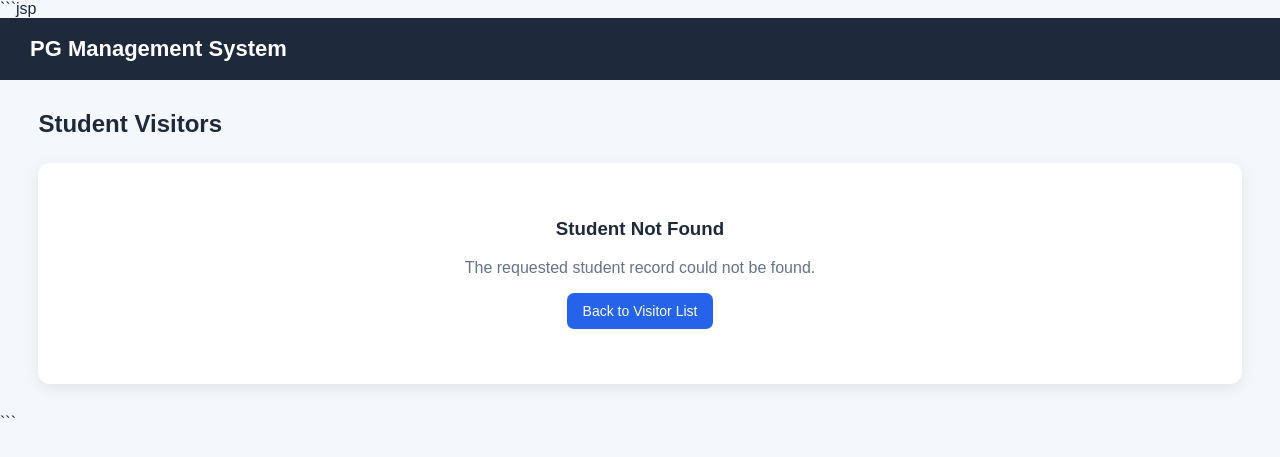
Repository: akshaylakhekar/student_pg_room_management_system
Page: http://localhost/PGManagementSystem/WEB-INF/views/visitor-student-list.jsp
The author's editor kept a copy of each file at every save. The page is drawn from the files as they stood at one save, then again after the next save.
The browser window is 1280 px wide. The pictures show the whole page.
The page is served by Tomcat 10. Nobody is signed in. Other server files are loaded and not shown. The template is opened directly, without the code that normally fills it, so the values that code supplies are empty.

Above is the page before, as saved 2026-09-18 05:10:26.

### PGManagementSystem/PGManagementSystem/src/main/webapp/WEB-INF/views/visitor-student-list.jsp
```jsp
<%@ page contentType="text/html;charset=UTF-8" %>

<%@ taglib prefix="c" uri="jakarta.tags.core" %>

<!DOCTYPE html>

<html>

<head>

    <meta charset="UTF-8">

    <title>Student Visitors</title>

    <style>

        * {
            box-sizing: border-box;
        }

        body {
            margin: 0;
            font-family: Arial, sans-serif;
            background: #f4f7fb;
            color: #1e293b;
        }

        .navbar {
            background: #1e293b;
            color: white;
            padding: 18px 30px;
        }

        .navbar h2 {
            margin: 0;
            font-size: 22px;
        }

        .container {
            width: 94%;
            max-width: 1300px;
            margin: 30px auto;
        }

        .page-title {
            margin-bottom: 25px;
        }

        .page-title h2 {
            margin: 0;
            color: #1e293b;
        }

        .card {
            background: white;
            padding: 25px;
            border-radius: 12px;
            box-shadow: 0 4px 15px rgba(0, 0, 0, 0.08);
            margin-bottom: 25px;
        }

        .card h3 {
            margin-top: 0;
            color: #1e293b;
        }

        .student-info {
            width: 100%;
            border-collapse: collapse;
        }

        .student-info th {
            width: 180px;
            background: #f1f5f9;
            color: #334155;
            text-align: left;
        }

        .student-info th,
        .student-info td {
            padding: 12px;
            border: 1px solid #e2e8f0;
        }

        .student-actions {
            margin-top: 20px;
        }

        .btn {
            display: inline-block;
            padding: 10px 16px;
            border: none;
            border-radius: 7px;
            text-decoration: none;
            font-size: 14px;
            cursor: pointer;
        }

        .btn-primary {
            background: #2563eb;
            color: white;
        }

        .btn-primary:hover {
            background: #1d4ed8;
        }

        .btn-success {
            background: #16a34a;
            color: white;
        }

        .btn-success:hover {
            background: #15803d;
        }

        .btn-warning {
            background: #f59e0b;
            color: white;
        }

        .btn-danger {
            background: #dc2626;
            color: white;
        }

        .btn-danger:hover {
            background: #b91c1c;
        }

        .btn-secondary {
            background: #64748b;
            color: white;
        }

        .btn-secondary:hover {
            background: #475569;
        }

        .total {
            margin: 20px 0;
            font-size: 15px;
        }

        .table-wrapper {
            width: 100%;
            overflow-x: auto;
        }

        table.visitor-table {
            width: 100%;
            border-collapse: collapse;
            min-width: 850px;
        }

        .visitor-table th {
            background: #1e293b;
            color: white;
            padding: 13px 10px;
            text-align: left;
        }

        .visitor-table td {
            padding: 12px 10px;
            border-bottom: 1px solid #e2e8f0;
            vertical-align: top;
        }

        .visitor-table tr:hover {
            background: #f8fafc;
        }

        .inside {
            display: inline-block;
            padding: 5px 10px;
            border-radius: 20px;
            background: #fef3c7;
            color: #92400e;
            font-size: 12px;
            font-weight: bold;
        }

        .exited {
            display: inline-block;
            padding: 5px 10px;
            border-radius: 20px;
            background: #dcfce7;
            color: #166534;
            font-size: 12px;
            font-weight: bold;
        }

        .actions {
            display: flex;
            gap: 6px;
            flex-wrap: wrap;
        }

        .actions .btn {
            padding: 7px 10px;
            font-size: 12px;
        }

        .empty {
            text-align: center;
            padding: 30px;
            color: #64748b;
        }

        .bottom-links {
            display: flex;
            gap: 10px;
            flex-wrap: wrap;
            margin-top: 25px;
        }

        @media (max-width: 600px) {

            .container {
                width: 94%;
                margin: 20px auto;
            }

            .card {
                padding: 18px;
            }

            .student-info th {
                width: 120px;
            }

        }

    </style>

</head>

<body>

    <div class="navbar">

        <h2>
            PG Management System
        </h2>

    </div>


    <div class="container">

        <div class="page-title">

            <h2>
                Student Visitors
            </h2>

        </div>


        <c:choose>

            <c:when test="${not empty student}">


                <div class="card">

                    <h3>
                        Student Information
                    </h3>


                    <table class="student-info">

                        <tr>

                            <th>
                                Student ID
                            </th>

                            <td>
                                ${student.id}
                            </td>

                        </tr>


                        <tr>

                            <th>
                                Name
                            </th>

                            <td>
                                ${student.name}
                            </td>

                        </tr>


                        <tr>

                            <th>
                                Email
                            </th>

                            <td>
                                ${student.email}
                            </td>

                        </tr>


                        <tr>

                            <th>
                                Mobile
                            </th>

                            <td>
                                ${student.mobile}
                            </td>

                        </tr>

                    </table>


                    <div class="student-actions">

                        <a
                            href="${pageContext.request.contextPath}/visitor/add?studentId=${student.id}"
                            class="btn btn-success">

                            + Add New Visitor

                        </a>

                    </div>

                </div>


                <div class="card">


                    <div class="total">

                        Total Visitors:

                        <strong>
                            ${visitors.size()}
                        </strong>

                    </div>


                    <c:choose>


                        <c:when test="${not empty visitors}">


                            <div class="table-wrapper">

                                <table class="visitor-table">

                                    <thead>

                                        <tr>

                                            <th>
                                                ID
                                            </th>

                                            <th>
                                                Visitor Name
                                            </th>

                                            <th>
                                                Relation
                                            </th>

                                            <th>
                                                Entry Time
                                            </th>

                                            <th>
                                                Exit Time
                                            </th>

                                            <th>
                                                Actions
                                            </th>

                                        </tr>

                                    </thead>


                                    <tbody>


                                        <c:forEach
                                            var="visitor"
                                            items="${visitors}">


                                            <tr>


                                                <td>
                                                    ${visitor.id}
                                                </td>


                                                <td>
                                                    ${visitor.visitorName}
                                                </td>


                                                <td>
                                                    ${visitor.relation}
                                                </td>


                                                <td>
                                                    ${visitor.entryTime}
                                                </td>


                                                <td>


                                                    <c:choose>


                                                        <c:when test="${not empty visitor.exitTime}">

                                                            <span class="exited">

                                                                ${visitor.exitTime}

                                                            </span>

                                                        </c:when>


                                                        <c:otherwise>

                                                            <span class="inside">

                                                                Still Inside

                                                            </span>

                                                        </c:otherwise>


                                                    </c:choose>


                                                </td>


                                                <td>


                                                    <div class="actions">


                                                        <a
                                                            href="${pageContext.request.contextPath}/visitor/edit?id=${visitor.id}"
                                                            class="btn btn-warning">

                                                            Edit

                                                        </a>


                                                        <a
                                                            href="${pageContext.request.contextPath}/visitor/delete?id=${visitor.id}"
                                                            class="btn btn-danger"
                                                            onclick="return confirm('Are you sure you want to delete this visitor record?');">

                                                            Delete

                                                        </a>


                                                    </div>

                                                </td>


                                            </tr>


                                        </c:forEach>


                                    </tbody>

                                </table>

                            </div>


                        </c:when>


                        <c:otherwise>


                            <div class="empty">

                                No visitors found for this student.

                            </div>


                        </c:otherwise>


                    </c:choose>


                    <div class="bottom-links">


                        <a
                            href="${pageContext.request.contextPath}/student/profile?id=${student.id}"
                            class="btn btn-primary">

                            Back to Student Profile

                        </a>


                        <a
                            href="${pageContext.request.contextPath}/visitor/list"
                            class="btn btn-secondary">

                            View All Visitors

                        </a>


                        <!-- FIXED: Student now goes to Student Dashboard -->

                        <a
                            href="${pageContext.request.contextPath}/student/dashboard"
                            class="btn btn-secondary">

                            Back to Dashboard

                        </a>


                    </div>


                </div>


            </c:when>


            <c:otherwise>


                <div class="card">


                    <div class="empty">


                        <h3>
                            Student Not Found
                        </h3>


                        <p>
                            The requested student record could not be found.
                        </p>


                        <a
                            href="${pageContext.request.contextPath}/visitor/list"
                            class="btn btn-primary">

                            Back to Visitor List

                        </a>


                    </div>


                </div>


            </c:otherwise>


        </c:choose>


    </div>


</body>

</html>
```

After the next save:
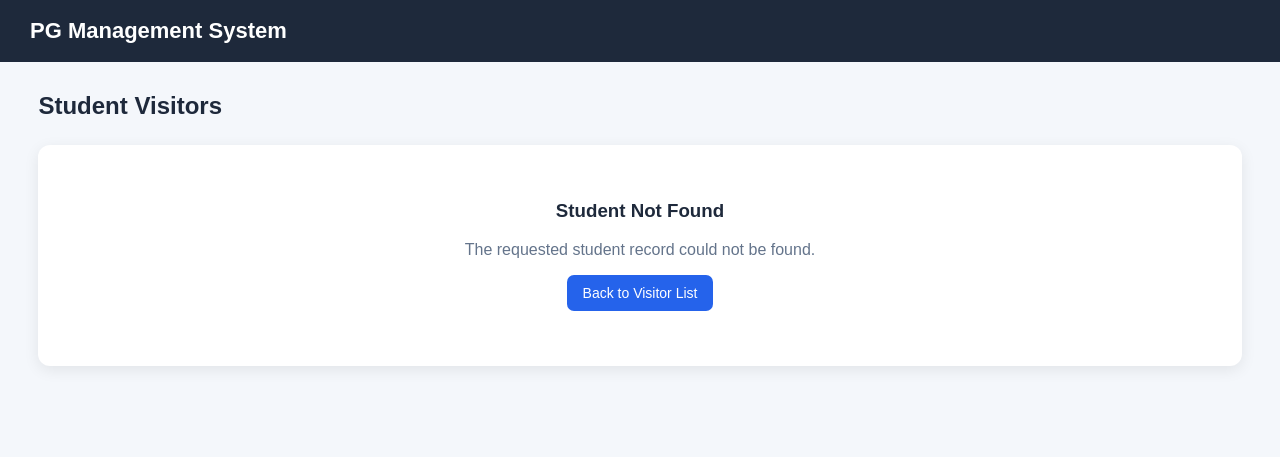
Saved 60 s later.
--- a/PGManagementSystem/PGManagementSystem/src/main/webapp/WEB-INF/views/visitor-student-list.jsp
+++ b/PGManagementSystem/PGManagementSystem/src/main/webapp/WEB-INF/views/visitor-student-list.jsp
@@ -1,4 +1,3 @@
-```jsp
 <%@ page contentType="text/html;charset=UTF-8" %>
 
 <%@ taglib prefix="c" uri="jakarta.tags.core" %>
@@ -612,4 +611,3 @@
 </body>
 
 </html>
-```
